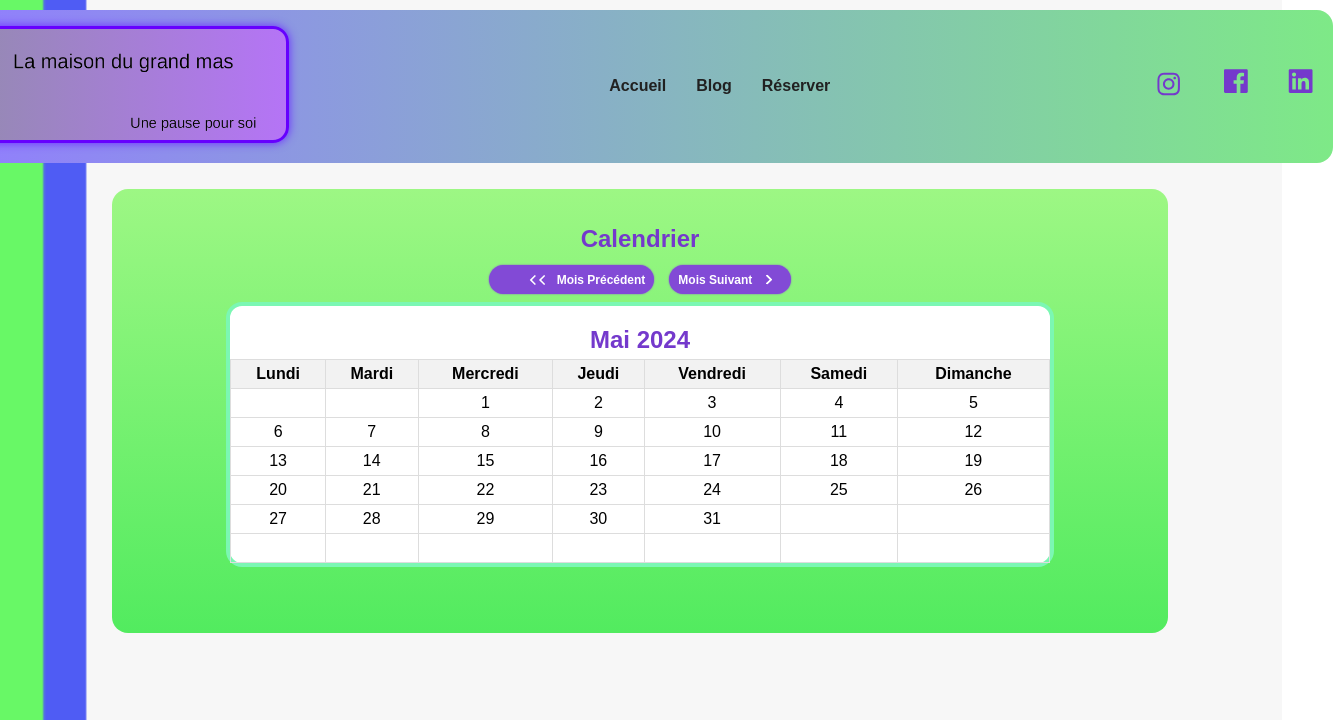
Repository: Crosnierpaul/Les_Rangers_de_Pouvoir
Page: http://localhost/entretien
An editor plug-in stored every save of this project. The page is shown before and after the next save, followed by the edit.
The browser window is 1280 px wide. The page is 1333 px wide, so the pictures cover 1333 px, including what lies to the right of the window. The pictures show the whole page.
The page is served by the project's Node server (site/server.js). Other server files are loaded and not shown.

Above is the page before, as saved 2024-05-07 10:50:37.

### site/public/views/entretien.ejs
<!DOCTYPE html>
<html lang="fr">
<head>
    <meta charset="UTF-8">
    <meta name="viewport" content="width=device-width, initial-scale=1.0">
    <link rel="stylesheet" href="../css/entretien.css">
    <link rel="stylesheet" href="../css/style.css">
    <title>Calendrier</title>
</head>
<body>
    <%- include('navbar') %>

    <section>
        <h1>Calendrier</h1>

        <div class="btn-section">

              <div class="btn-container" onclick="prevMonth()">
                <a class="btn-content" href="#">
                    <span class="icon-arrowleft"></span>

                        <svg width="19px" height="10px" viewBox="0 0 66 43" version="1.1" xmlns="http://www.w3.org/2000/svg" xmlns:xlink="http://www.w3.org/1999/xlink">
                            <g id="arrow" stroke="none" stroke-width="1" fill="none" fill-rule="evenodd">
                                <path id="arrow-icon-one" d="M25.8456067,3.89485454 L22.0236851,0.139296592 C21.8291689,-0.0518420739 21.5173671,-0.0518571125 21.3228325,0.139262789 L0.308386581,20.7848311 C-0.0855800613,21.1718824 -0.0911862566,21.8050225 0.295865025,22.1989893 C0.299981196,22.2031791 0.304134271,22.2073326 0.308323769,22.2114492 L21.322902,42.8607841 C21.5174043,43.0519059 21.8291758,43.0519358 22.0237147,42.8608513 L25.8454814,39.1069479 C26.0424848,38.9134427 26.0453207,38.5968729 25.8518155,38.3998695 C25.8497107,38.3977268 25.8475868,38.395603 25.8454438,38.3934985 L9.0062211,21.8567812 C8.80919724,21.6632968 8.80632797,21.3467273 8.99981237,21.1497035 C9.00193532,21.1475418 9.00407769,21.1453995 9.00623949,21.1432767 L25.8454792,4.60825197 C26.0425131,4.41477773 26.0453987,4.09820839 25.8519244,3.90117456 C25.8498374,3.89904911 25.8477314,3.89694235 25.8456067,3.89485454 Z" fill="#FFFFFF"></path>
                                <path id="arrow-icon-two" d="M45.8456067,3.89485454 L42.0236851,0.139296592 C41.8291689,-0.0518420739 41.5173671,-0.0518571125 41.3228325,0.139262789 L20.3083866,20.7848311 C19.9144199,21.1718824 19.9088137,21.8050225 20.295865,22.1989893 C20.2999812,22.2031791 20.3041343,22.2073326 20.3083238,22.2114492 L41.322902,42.8607841 C41.5174043,43.0519059 41.8291758,43.0519358 42.0237147,42.8608513 L45.8454814,39.1069479 C46.0424848,38.9134427 46.0453207,38.5968729 45.8518155,38.3998695 C45.8497107,38.3977268 45.8475868,38.395603 45.8454438,38.3934985 L29.0062211,21.8567812 C28.8091972,21.6632968 28.806328,21.3467273 28.9998124,21.1497035 C29.0019353,21.1475418 29.0040777,21.1453995 29.0062395,21.1432767 L45.8454792,4.60825197 C46.0425131,4.41477773 46.0453987,4.09820839 45.8519244,3.90117456 C45.8498374,3.89904911 45.8477314,3.89694235 45.8456067,3.89485454 Z" fill="#FFFFFF"></path>
                                <path id="arrow-icon-three" d="M65.8456067,3.89485454 L62.0236851,0.139296592 C61.8291689,-0.0518420739 61.5173671,-0.0518571125 61.3228325,0.139262789 L40.3083866,20.7848311 C39.9144199,21.1718824 39.9088137,21.8050225 40.295865,22.1989893 C40.2999812,22.2031791 40.3041343,22.2073326 40.3083238,22.2114492 L61.322902,42.8607841 C61.5174043,43.0519059 61.8291758,43.0519358 62.0237147,42.8608513 L65.8454814,39.1069479 C66.0424848,38.9134427 66.0453207,38.5968729 65.8518155,38.3998695 C65.8497107,38.3977268 65.8475868,38.395603 65.8454438,38.3934985 L49.0062211,21.8567812 C48.8091972,21.6632968 48.806328,21.3467273 48.9998124,21.1497035 C49.0019353,21.1475418 49.0040777,21.1453995 49.0062395,21.1432767 L65.8454792,4.60825197 C66.0425131,4.41477773 66.0453987,4.09820839 65.8519244,3.90117456 C65.8498374,3.89904911 65.8477314,3.89694235 65.8456067,3.89485454 Z" fill="#FFFFFF"></path>
                            </g>
                        </svg>
                    </span>
                    <span class="btn-titleleft">Mois Précédent</span>
                </a>
            </div>
             <div class="btn-container" onclick="nextMonth()"">
                <a class="btn-content" href="#">
                  <span class="btn-title">Mois Suivant</span>
                  <span class="icon-arrow">
                    <svg width="25px" height="16px" viewBox="0 0 66 43" version="1.1" xmlns="http://www.w3.org/2000/svg" xmlns:xlink="http://www.w3.org/1999/xlink">
                      <g id="arrow" stroke="none" stroke-width="1" fill="none" fill-rule="evenodd">
                        <path id="arrow-icon-one" d="M40.1543933,3.89485454 L43.9763149,0.139296592 C44.1708311,-0.0518420739 44.4826329,-0.0518571125 44.6771675,0.139262789 L65.6916134,20.7848311 C66.0855801,21.1718824 66.0911863,21.8050225 65.704135,22.1989893 C65.7000188,22.2031791 65.6958657,22.2073326 65.6916762,22.2114492 L44.677098,42.8607841 C44.4825957,43.0519059 44.1708242,43.0519358 43.9762853,42.8608513 L40.1545186,39.1069479 C39.9575152,38.9134427 39.9546793,38.5968729 40.1481845,38.3998695 C40.1502893,38.3977268 40.1524132,38.395603 40.1545562,38.3934985 L56.9937789,21.8567812 C57.1908028,21.6632968 57.193672,21.3467273 57.0001876,21.1497035 C56.9980647,21.1475418 56.9959223,21.1453995 56.9937605,21.1432767 L40.1545208,4.60825197 C39.9574869,4.41477773 39.9546013,4.09820839 40.1480756,3.90117456 C40.1501626,3.89904911 40.1522686,3.89694235 40.1543933,3.89485454 Z" fill="#FFFFFF"></path>
                        <path id="arrow-icon-two" d="M20.1543933,3.89485454 L23.9763149,0.139296592 C24.1708311,-0.0518420739 24.4826329,-0.0518571125 24.6771675,0.139262789 L45.6916134,20.7848311 C46.0855801,21.1718824 46.0911863,21.8050225 45.704135,22.1989893 C45.7000188,22.2031791 45.6958657,22.2073326 45.6916762,22.2114492 L24.677098,42.8607841 C24.4825957,43.0519059 24.1708242,43.0519358 23.9762853,42.8608513 L20.1545186,39.1069479 C19.9575152,38.9134427 19.9546793,38.5968729 20.1481845,38.3998695 C20.1502893,38.3977268 20.1524132,38.395603 20.1545562,38.3934985 L36.9937789,21.8567812 C37.1908028,21.6632968 37.193672,21.3467273 37.0001876,21.1497035 C36.9980647,21.1475418 36.9959223,21.1453995 36.9937605,21.1432767 L20.1545208,4.60825197 C19.9574869,4.41477773 19.9546013,4.09820839 20.1480756,3.90117456 C20.1501626,3.89904911 20.1522686,3.89694235 20.1543933,3.89485454 Z" fill="#FFFFFF"></path>
                        <path id="arrow-icon-three" d="M0.154393339,3.89485454 L3.97631488,0.139296592 C4.17083111,-0.0518420739 4.48263286,-0.0518571125 4.67716753,0.139262789 L25.6916134,20.7848311 C26.0855801,21.1718824 26.0911863,21.8050225 25.704135,22.1989893 C25.7000188,22.2031791 25.6958657,22.2073326 25.6916762,22.2114492 L4.67709797,42.8607841 C4.48259567,43.0519059 4.17082418,43.0519358 3.97628526,42.8608513 L0.154518591,39.1069479 C-0.0424848215,38.9134427 -0.0453206733,38.5968729 0.148184538,38.3998695 C0.150289256,38.3977268 0.152413239,38.395603 0.154556228,38.3934985 L16.9937789,21.8567812 C17.1908028,21.6632968 17.193672,21.3467273 17.0001876,21.1497035 C16.9980647,21.1475418 16.9959223,21.1453995 16.9937605,21.1432767 L0.15452076,4.60825197 C-0.0425130651,4.41477773 -0.0453986756,4.09820839 0.148075568,3.90117456 C0.150162624,3.89904911 0.152268631,3.89694235 0.154393339,3.89485454 Z" fill="#FFFFFF"></path>
                      </g>
                    </svg>
                  </span>
                </a>
              </div>
        </div>
        <div id="calendarContainer"></div>
        <div id="selectedContent"></div>
    </section>

    <script src="../js/entretien.js"></script>
</body>
</html>

### site/public/css/entretien.css
.calendar {
    margin-bottom: 50px;
    width: 80%; /* Réduire la largeur du calendrier */
    margin-left: auto; /* Centrer le calendrier */
    margin-right: auto; /* Centrer le calendrier */
    background-color:#ffffff;
    border-radius: 1em;
    border: 4px solid #7bf7b3;
}

table {
    border-collapse: collapse;
    width: 100%;
}

th, td {
    border: 1px solid #dddddd;
    text-align: center;
    padding: 5px; /* Réduire l'espacement intérieur */
}

th {
    background-color: #f2f2f2;
}



td:hover {
    background-color: #f0f0f0; /* Couleur de fond lors du survol */
    cursor: pointer; /* Changement de curseur pour indiquer qu'il est cliquable */
}

td.selected {
    background-color: #c99aff; /* Couleur de fond grise pour les cellules sélectionnées */
    cursor: default; /* Désactiver le changement de curseur */
}

p {
    text-align: center;
}

section {
    margin: 1em auto; /* Centrer la section */
    max-width: 80%; /* Réduire la largeur maximale */
    --background: linear-gradient(to bottom, #9df784 0%, #52eb5f 100%);
    background: var(--background);
    border-radius: 1em;
    padding: 1em;
}

.btn-section {
    display: flex;
    justify-content: center;
}


.btn-container {
    font-size: 1em; /* Réduire la taille de la police de caractères de 25% */
    margin: 7.5px; /* Réduire les marges de 25% */
    display: flex;
    --color-text: #ffffff;
    --color-background: #824ad6;
    --color-outline: rgba(147, 20, 250, 0.502);
    --color-shadow: #00000080;
  }

  .btn-content {
    display: flex;
    align-items: center;
    padding: 0.375em 0.75em; /* Réduire l'espacement à l'intérieur des boutons de 25% */
    text-decoration: none;
    font-family: 'Poppins', sans-serif;
    font-weight: 600;
    font-size: 0.75em; /* Réduire la taille du texte de 25% */
    color: var(--color-text);
    background: var(--color-background);
    transition: 1s;
    border-radius: 100px;
    box-shadow: 0 0 0.15em 0 var(--color-background); /* Réduire l'ombre de 25% */
}

  .btn-content:hover, .btn-content:focus {
    transition: 0.5s;
    -webkit-animation: btn-content 1s;
    animation: btn-content 1s;
    outline: 0.1em solid transparent;
    outline-offset: 0.2em;
    box-shadow: 0 0 0.4em 0 var(--color-background);
  }

  .btn-content .icon-arrow {
    transition: 0.5s;
    margin-right: 0px;
    transform: scale(0.6);
  }

  .btn-content:hover .icon-arrow {
    transition: 0.5s;
    margin-right: 25px;
  }

  .icon-arrow {
    width: 20px;
    margin-left: 10px;
    position: relative;
    top: 6%;
  }

  /* SVG */
  #arrow-icon-one {
    transition: 0.4s;
    transform: translateX(-60%);
  }

  #arrow-icon-two {
    transition: 0.5s;
    transform: translateX(-30%);
  }

  .btn-content:hover #arrow-icon-three {
    animation: color_anim 1s infinite 0.2s;
  }

  .btn-content:hover #arrow-icon-one {
    transform: translateX(0%);
    animation: color_anim 1s infinite 0.6s;
  }

  .btn-content:hover #arrow-icon-two {
    transform: translateX(0%);
    animation: color_anim 1s infinite 0.4s;
  }
  /* left version */

  .btn-contentleft:hover, .btn-contentleft:focus {
    transition: 0.5s;
    -webkit-animation: btn-content 1s;
    animation: btn-content 1s;
    outline: 0.1em solid transparent;
    outline-offset: 0.2em;
    box-shadow: 0 0 0.4em 0 var(--color-background);
  }

  .btn-contentleft .icon-arrowleft {
    transition: 0.5s;
    margin-left: 0px; /* Changer margin-left */
    transform: scale(0.6);
  }

  .btn-contentleft:hover .icon-arrowleft {
    transition: 0.5s;
    margin-left: 25px; /* Changer margin-left */
  }

  .icon-arrowleft {
    width: 20px; /* Ajuster la largeur */
    height: 20px; /* Ajuster la hauteur */
    margin-right: 10px;
    position: relative;
    top: 6%;
  }

  .btn-contentleft:hover #arrow-icon-three {
    animation: color_anim 1s infinite 0.2s;
  }

  .btn-contentleft:hover #arrow-icon-one {
    transform: translateX(0%);
    animation: color_anim 1s infinite 0.6s;
  }

  .btn-contentleft:hover #arrow-icon-two {
    transform: translateX(0%);
    animation: color_anim 1s infinite 0.4s;
  }

  .btn-titleleft{
    margin-left: 10px;
  }

  /* SVG animations */
  @keyframes color_anim {
    0% {
      fill: white;
    }

    50% {
      fill: var(--color-background);
    }

    100% {
      fill: white;
    }
  }

  /* Button animations */
  @-webkit-keyframes btn-content {
    0% {
      outline: 0.2em solid var(--color-background);
      outline-offset: 0;
    }
  }

  @keyframes btn-content {
    0% {
      outline: 0.2em solid var(--color-background);
      outline-offset: 0;
    }
  }

### site/public/css/navbar.css
.start-header {
	opacity: 1;
	transform: translateY(0);
	padding: 20px 0;
	box-shadow: 0 10px 30px 0 rgba(138, 155, 165, 0.15);
	-webkit-transition : all 0.3s ease-out;
	transition : all 0.3s ease-out;
}

.start-header.scroll-on {
	box-shadow: 0 5px 10px 0 rgba(138, 155, 165, 0.15);
	padding: 10px 0;
	-webkit-transition : all 0.3s ease-out;
	transition : all 0.3s ease-out;
}

.start-header.scroll-on .navbar-brand img{
	height: 24px;
	-webkit-transition : all 0.3s ease-out;
	transition : all 0.3s ease-out;
}

.navigation-wrap{
	position: fixed;
	width: 100%;
	top: 0;
	left: 0;
	z-index: 1000;
	-webkit-transition : all 0.3s ease-out;
	transition : all 0.3s ease-out;
}

.navbar {
    padding: 10px 0;
    display: flex;
    justify-content: center;
	margin-left: 1em;
  	margin-right: 1em;
}

.navbar-toggler {
	float: right;
	border: none;
	padding-right: 0;
	padding-left: 0;
}

.navbar-toggler:active,
.navbar-toggler:focus {
	outline: none;
}

.navbar-light .navbar-toggler-icon {
	width: 24px;
	height: 17px;
	background-image: none;
	position: relative;
	border-bottom: 1px solid #000;
    transition: all 300ms linear;
}

.navbar-light .navbar-toggler-icon:after,
.navbar-light .navbar-toggler-icon:before{
	width: 24px;
	position: absolute;
	height: 1px;
	background-color: #000;
	top: 0;
	left: 0;
	content: '';
	z-index: 2;
    transition: all 300ms linear;
}

.navbar-light .navbar-toggler-icon:after{
	top: 8px;
}

.navbar-toggler[aria-expanded="true"] .navbar-toggler-icon:after {
	transform: rotate(45deg);
}

.navbar-toggler[aria-expanded="true"] .navbar-toggler-icon:before {
	transform: translateY(8px) rotate(-45deg);
}

.navbar-toggler[aria-expanded="true"] .navbar-toggler-icon {
	border-color: transparent;
}

.nav-link{
	color: #212121 !important;
	font-weight: 500;
    transition: all 200ms linear;
}

.nav-item.active .nav-link{
	color: #7439cc  !important;
}

/* LIGNE SOUS LIEN APRES SOURIS DESSUS */

.nav-link {
	position: relative;
	padding: 5px 0 !important;
	display: inline-block;
}

.nav-item:after {
	position: absolute;
	bottom: -5px;
	left: 0;
	width: 100%;
	height: 2px;
	content: '';
	background-color: #7439cc ;
	opacity: 0;
    transition: all 200ms linear;
}

/* FIN LIGNE SOUS LIEN */

.nav-item:hover:after{
	bottom: 0;
	opacity: 1;
}

.nav-item.active:hover:after{
	opacity: 0;
}

.nav-item {
    position: relative;
    transition: all 200ms linear;
    padding: 1em;
    text-align: center;
}

/* .nav-item.active .nav-link {
    color: #007bff; /* Changez cette couleur pour mettre en évidence l'élément actif
} */

.navbar-brand {
    margin-right: auto;
    margin-left: auto;
}

/* Ajoutez ces styles pour supprimer les puces des éléments li */
.navbar-nav {
    display: flex;
    justify-content: center;
    align-items: center;
    padding-left: 0; /* Supprime le décalage à gauche de la liste */
}

.navbar-nav .nav-item {
    padding: 0 15px;
    list-style: none; /* Supprime les puces */
}

.navbar-nav .nav-link {
    color: #212121 !important;
    font-weight: 500;
    transition: all 200ms linear;
}

.navbar-nav .nav-item:hover .nav-link {
    color: #7439cc !important;
}

/* Modifiez les styles des liens de navigation pour ressembler à du texte normal */
.nav-link {
    color: #212121 !important;
    font-weight: 500;
    transition: all 200ms linear;
    text-decoration: none; /* Supprime le soulignement par défaut des liens */
    cursor: pointer; /* Change le curseur en pointeur au survol */
}

.container {
	--background: linear-gradient(to right, #917dff 0%, #7ee987 100%);
    margin: 0px;
	min-height: 15vh;
	max-width: max-content;
	background: var(--background);
	border-radius: 1em;
}

.purple {
	color: #7439cc;
}

#logo {
	width: 20em;
	border: 3.5px solid #6600ff;
	border-radius: 1em;
	margin-left:  1em;
	margin-right: 19.1em;
	--background: linear-gradient(to right, #948ab1 0%, #b574f6 100%);
	background: var(--background);
	box-shadow: 0 0 10px 0 rgb(106, 43, 255);
}

#liLogo {
    list-style: none;
}

.nav-item.active:after {
	position: absolute;
	bottom: 0;
	left: 0;
	width: 100%;
	height: 2px;
	content: '';
	background-color: #7439cc ;
	opacity: 1;
}

.rs {
	margin-left: 18em;
	display: inherit;
}

.rs .nav-item {
	margin-left: 5px;
	margin-right: 5px;
}

/* Styles pour les écrans plus petits que 768px */
@media (max-width: 1000px) {
    .navbar {
        flex-direction: column; /* Afficher les éléments de la navbar en colonne */
        align-items: center; /* Centrer les éléments */
    }

    .navbar-nav {
        flex-direction: column; /* Afficher les éléments de la navbar en colonne */
        align-items: center; /* Centrer les éléments */
    }

    .navbar-toggler {
        order: -1; /* Mettre le bouton de bascule en haut */
        margin-bottom: 10px; /* Ajouter un espace entre le bouton de bascule et les liens */
    }

    .rs {
        margin-left: 0; /* Réinitialiser la marge pour les icônes de réseaux sociaux */
        text-align: center; /* Centrer les icônes de réseaux sociaux */
    }
}

/*Styles pour les écrans plus petits que 576px */
@media (max-width: 576px) {
    .navbar-brand {
        margin: 0; /* Réinitialiser la marge pour le logo */
    }

    #logo {
        width: 98.3%; /* Faire en sorte que le logo occupe toute la largeur */
        margin: 0; /* Réinitialiser la marge */
    }

    .rs {
        display: flex; /* Afficher les icônes de réseaux sociaux en ligne */
        justify-content: center; /* Centrer les icônes de réseaux sociaux */
    }

    .rs .nav-item {
        margin: 0 5px; /* Ajouter un espacement horizontal entre les icônes de réseaux sociaux */
    }
}

.tel {
	margin-top: 5px;
}

Loaded but not shown: site/public/js/entretien.js (191 lines, source omitted); site/server.js (72 lines, source omitted); site/public/views/navbar.ejs (81 lines, source omitted); site/public/css/style.css (342 lines, source omitted)

After the next save:
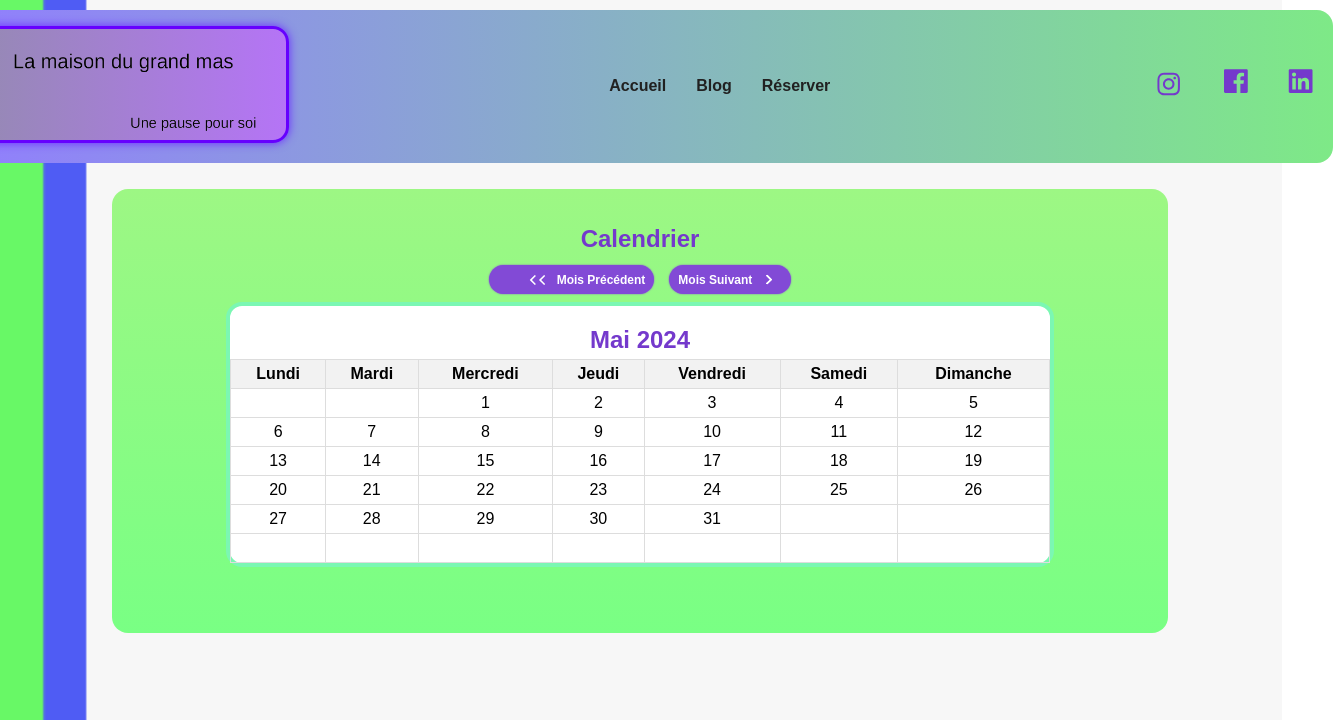
Saved 10 s later.
--- a/site/public/css/entretien.css
+++ b/site/public/css/entretien.css
@@ -42,7 +42,7 @@
 section {
     margin: 1em auto; /* Centrer la section */
     max-width: 80%; /* Réduire la largeur maximale */
-    --background: linear-gradient(to bottom, #9df784 0%, #52eb5f 100%);
+    --background: linear-gradient(to bottom, #9df784 0%, #79ff84 100%);
     background: var(--background);
     border-radius: 1em;
     padding: 1em;
